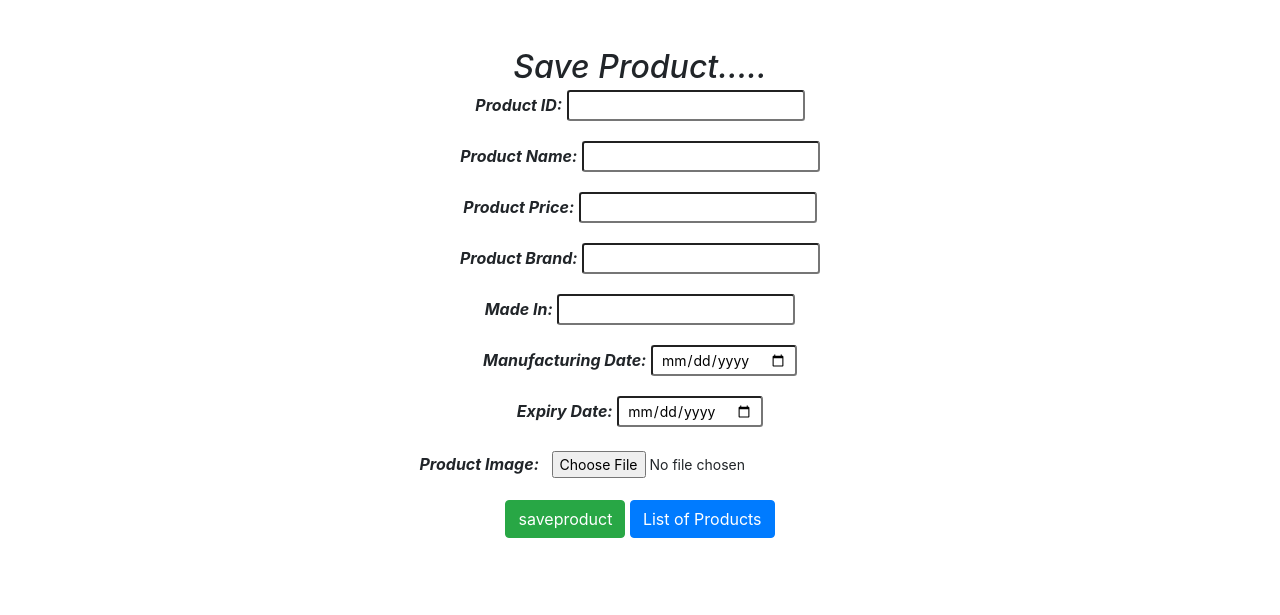
Repository: Sridevi165/Advanced-java
Page: http://localhost/ProductManagementApp/Editform.jsp
An editor plug-in stored every save of this project. The page is shown before and after the next save, followed by the edit.
The browser window is 1280 px wide. The pictures show the whole page.
The page is served by Tomcat 9. Other server files are loaded and not shown. The template is opened directly, without the code that normally fills it, so the values that code supplies are empty.

Above is the page before, as saved 2024-03-07 09:20:41.

### ProductManagementApp/src/main/webapp/Editform.jsp
   <%@ page language="java" contentType="text/html; charset=ISO-8859-1"
    pageEncoding="ISO-8859-1"%>
<!DOCTYPE html>
<html>
<head>
<title>Edit-Form</title>
<!-- Bootstrap CDN Links to Get the support of Bootstrap -->
<link rel="stylesheet"  href="https://stackpath.bootstrapcdn.com/bootstrap/4.3.1/css/bootstrap.min.css"></link>
<!-- This is Java script validation code location -->
</head>

<body>
 <div class ="container mt-5 text-center">
   <h2 class="text-center font-italic mb-1">Save Product.....</h2>
   <form method="post" action="./EditProductServlet" enctype="multipart/form-data" onsubmit="return validateForm()">

       <div class="form-group">
            <label class="font-italic font-weight-bold" for="proId">Product ID:</label>
            <input type="text" class="form-control-sm" id="proId" name="proId" value="${existingProduct.proId}" required>

       </div>

        <div class="form-group">
            <label class="font-italic font-weight-bold" for="proName">Product Name:</label>
            <input type="text" class="form-control-sm" id="proName" name="proName" value="${existingProduct.proName}"required>

       </div>

         <div class="form-group">
            <label class="font-italic font-weight-bold" for="proPrice">Product Price:</label>
            <input type="number" class="form-control-sm" id="proPrice" name="proPrice" value="${existingProduct.proPrice}" required>

       </div>

         <div class="form-group">
            <label class="font-italic font-weight-bold" for="proBrand">Product Brand:</label>
            <input type="text" class="form-control-sm" id="proBrand" name="proBrand" value="${existingProduct.proBrand}"required>

       </div>

         <div class="form-group">
            <label class="font-italic font-weight-bold" for="proMadeIn">Made In:</label>
            <input type="text" class="form-control-sm" id="proMadeIn" name="proMadeIn" value="${existingProduct.proMadeIn}"required>

         </div>

         <div class="form-group">
            <label class="font-italic font-weight-bold" for="proMfgDate">Manufacturing Date:</label>
            <input type="date" class="form-control-sm" id="proMfgDate" name="proMfgDate" value="${existingProduct.proMfgDate}"required>

        </div>

          <div class="form-group">
            <label class="font-italic font-weight-bold" for="proExpDate">Expiry Date:</label>
            <input type="date" class="form-control-sm" id="proExpDate" name="proExpDate" value="${existingProduct.proExpDate}"required>

        </div>

         <div class="form-group">
            <label class="font-italic font-weight-bold" for="proImage">Product Image:</label>
            <input type="file" class="form-control-sm" id="proImage" name="proImage" accept="image/*" value="${existingProduct.proImage}" required>

        </div>

         <div >

            <input type="submit" class="btn btn-success" value="saveproduct"/>
            <a href="productList.jsp" class="btn btn-primary"> List of Products</a>

        </div>



   </form>
 </div>

</body>
</html>
</body>
</html>

After the next save:
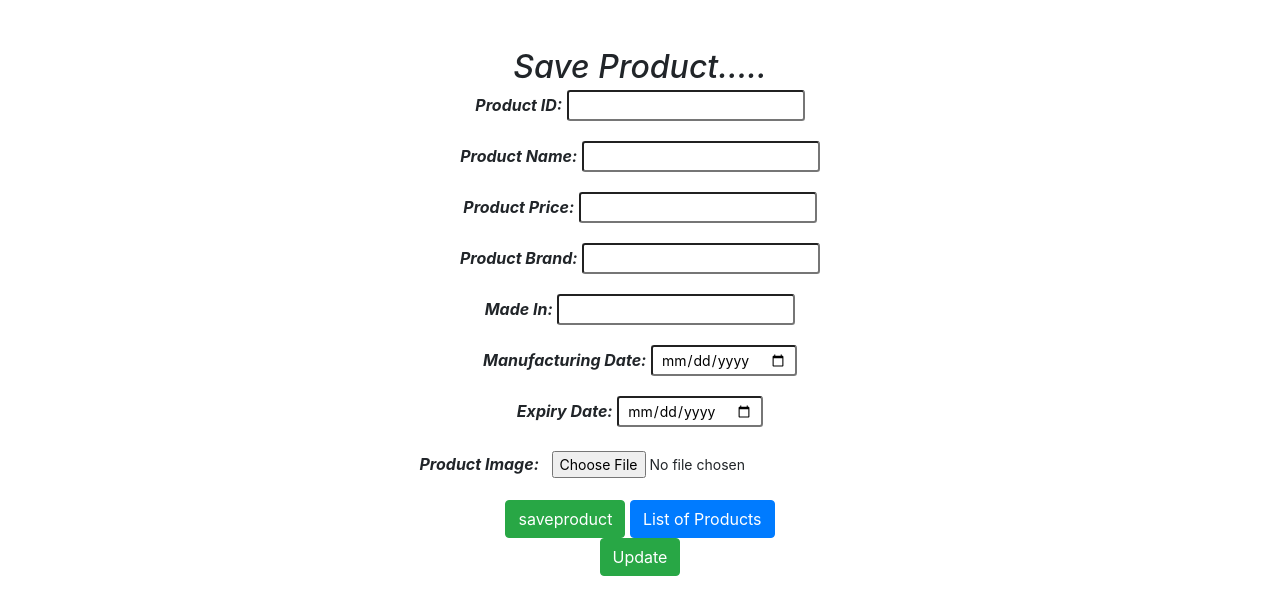
Saved 3 h 16 min later.
--- a/ProductManagementApp/src/main/webapp/Editform.jsp
+++ b/ProductManagementApp/src/main/webapp/Editform.jsp
@@ -68,6 +68,7 @@
             <a href="productList.jsp" class="btn btn-primary"> List of Products</a>
 
         </div>
+        <input type="submit" class="btn btn-success" value="Update"/>
 
 
 
